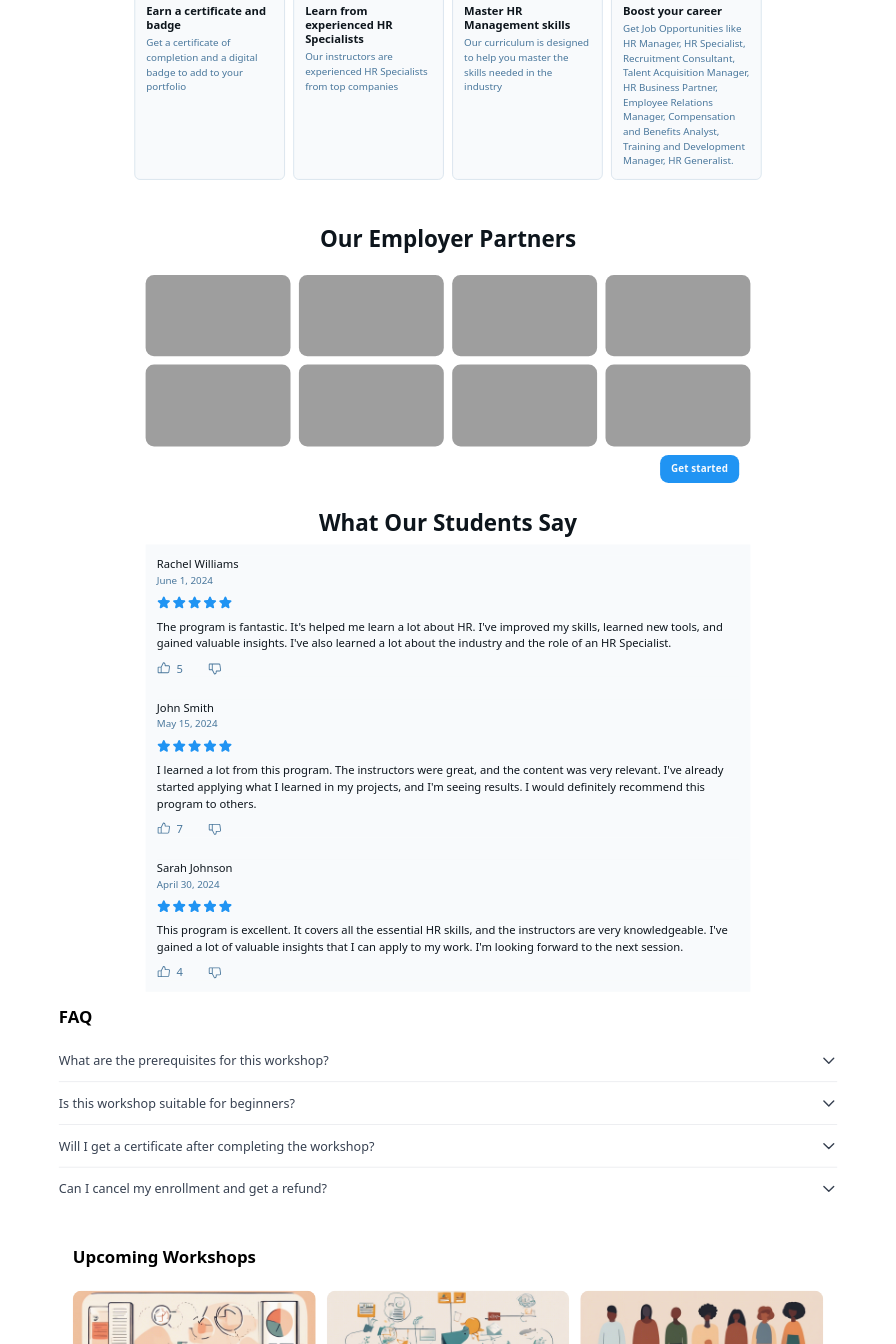
Repository: DhOMNE/HR
Page: /
These files come from the project's save history. The page is drawn as it stood at one moment and after a run of saves; the edit follows.
The browser window is 1280 px wide. The pictures show the part of the page from y = 1327 to 3247 px (the page is 4042 px tall before and 4984 px after), at 70% of full size.
Pictures or frames that could not be fetched are drawn as grey boxes. The project was rebuilt for these pictures with package versions that can differ from the ones it lists, and the page was loaded fresh each time.

Above is the page before, as saved 2024-08-26 11:07:04.

### src/Componenets/Benefitdesigner.jsx
import React from "react";

function Benefitdesigner() {
  return (
    // <div class="flex flex-col gap-10 lg:px-48 py-10 sm: px-10 py-10 ">
    //   <div class="flex flex-col gap-4 ">
    //     <h1 class="text-[#0d151c] tracking-light text-[32px] font-bold leading-tight @[480px]:text-4xl @[480px]:font-black @[480px]:leading-tight @[480px]:tracking-[-0.033em] max-w-[720px]">
    //       Benefits of the Program
    //     </h1>
    //     <p class="text-[#0d151c] text-base font-normal leading-normal max-w-[720px]">
    //       {" "}
    //       Our program is designed to help you grow as a designer. Here are some
    //       of the benefits you'll get from completing the program.
    //     </p>

    //     {/* box */}
    //   </div>

    //   <div class="grid grid-cols-[repeat(auto-fit,minmax(158px,1fr))] gap-3 p-0">
    //     <div class="flex flex-1 gap-3 rounded-lg border border-[#cedde8] bg-slate-50 p-4 flex-col">
    //       <div
    //         class="text-[#0d151c] "
    //         data-icon="Trophy"
    //         data-size="24px"
    //         data-weight="regular"
    //       >
    //         <svg
    //           xmlns="http://www.w3.org/2000/svg"
    //           width="24px"
    //           height="24px"
    //           fill="currentColor"
    //           viewBox="0 0 256 256"
    //         >
    //           <path d="M232,64H208V56a16,16,0,0,0-16-16H64A16,16,0,0,0,48,56v8H24A16,16,0,0,0,8,80V96a40,40,0,0,0,40,40h3.65A80.13,80.13,0,0,0,120,191.61V216H96a8,8,0,0,0,0,16h64a8,8,0,0,0,0-16H136V191.58c31.94-3.23,58.44-25.64,68.08-55.58H208a40,40,0,0,0,40-40V80A16,16,0,0,0,232,64ZM48,120A24,24,0,0,1,24,96V80H48v32q0,4,.39,8Zm144-8.9c0,35.52-28.49,64.64-63.51,64.9H128a64,64,0,0,1-64-64V56H192ZM232,96a24,24,0,0,1-24,24h-.5a81.81,81.81,0,0,0,.5-8.9V80h24Z"></path>
    //         </svg>
    //       </div>
    //       <div class="flex flex-col gap-1">
    //         <h2 class="text-[#0d151c] text-base font-bold leading-tight">
    //           Earn a certificate and badge
    //         </h2>
    //         <p class="text-[#49779c] text-sm font-normal leading-normal">
    //           Get a certificate of completion and a digital badge to add to your
    //           portfolio
    //         </p>
    //       </div>
    //     </div>

    //     <div class="flex flex-1 gap-3 rounded-lg border border-[#cedde8] bg-slate-50 p-4 flex-col">
    //       <div
    //         class="text-[#0d151c] "
    //         data-icon="Trophy"
    //         data-size="24px"
    //         data-weight="regular"
    //       >
    //         <svg
    //           xmlns="http://www.w3.org/2000/svg"
    //           width="24px"
    //           height="24px"
    //           fill="currentColor"
    //           viewBox="0 0 256 256"
    //         >
    //           <path d="M230.92,212c-15.23-26.33-38.7-45.21-66.09-54.16a72,72,0,1,0-73.66,0C63.78,166.78,40.31,185.66,25.08,212a8,8,0,1,0,13.85,8c18.84-32.56,52.14-52,89.07-52s70.23,19.44,89.07,52a8,8,0,1,0,13.85-8ZM72,96a56,56,0,1,1,56,56A56.06,56.06,0,0,1,72,96Z"></path>
    //         </svg>
    //       </div>
    //       <div class="flex flex-col gap-1">
    //         <h2 class="text-[#0d151c] text-base font-bold leading-tight">
    //           Learn from experienced designers
    //         </h2>
    //         <p class="text-[#49779c] text-sm font-normal leading-normal">
    //           Our instructors are experienced designers from top companies.
    //         </p>
    //       </div>
    //     </div>

    //     <div class="flex flex-1 gap-3 rounded-lg border border-[#cedde8] bg-slate-50 p-4 flex-col">
    //       <div
    //         class="text-[#0d151c] "
    //         data-icon="Trophy"
    //         data-size="24px"
    //         data-weight="regular"
    //       >
    //         <svg
    //           xmlns="http://www.w3.org/2000/svg"
    //           width="24px"
    //           height="24px"
    //           fill="currentColor"
    //           viewBox="0 0 256 256"
    //         >
    //           <path d="M215.79,118.17a8,8,0,0,0-5-5.66L153.18,90.9l14.66-73.33a8,8,0,0,0-13.69-7l-112,120a8,8,0,0,0,3,13l57.63,21.61L88.16,238.43a8,8,0,0,0,13.69,7l112-120A8,8,0,0,0,215.79,118.17ZM109.37,214l10.47-52.38a8,8,0,0,0-5-9.06L62,132.71l84.62-90.66L136.16,94.43a8,8,0,0,0,5,9.06l52.8,19.8Z"></path>
    //         </svg>
    //       </div>
    //       <div class="flex flex-col gap-1">
    //         <h2 class="text-[#0d151c] text-base font-bold leading-tight">
    //           Master UI/UX skills
    //         </h2>
    //         <p class="text-[#49779c] text-sm font-normal leading-normal">
    //           Our curriculum is designed to help you master the skills needed in
    //           the industry
    //         </p>
    //       </div>
    //     </div>

    //     <div class="flex flex-1 gap-3 rounded-lg border border-[#cedde8] bg-slate-50 p-4 flex-col">
    //       <div
    //         class="text-[#0d151c] "
    //         data-icon="Trophy"
    //         data-size="24px"
    //         data-weight="regular"
    //       >
    //         <svg
    //           xmlns="http://www.w3.org/2000/svg"
    //           width="24px"
    //           height="24px"
    //           fill="currentColor"
    //           viewBox="0 0 256 256"
    //         >
    //           <path d="M216,56H176V48a24,24,0,0,0-24-24H104A24,24,0,0,0,80,48v8H40A16,16,0,0,0,24,72V200a16,16,0,0,0,16,16H216a16,16,0,0,0,16-16V72A16,16,0,0,0,216,56ZM96,48a8,8,0,0,1,8-8h48a8,8,0,0,1,8,8v8H96ZM216,72v41.61A184,184,0,0,1,128,136a184.07,184.07,0,0,1-88-22.38V72Zm0,128H40V131.64A200.19,200.19,0,0,0,128,152a200.25,200.25,0,0,0,88-20.37V200ZM104,112a8,8,0,0,1,8-8h32a8,8,0,0,1,0,16H112A8,8,0,0,1,104,112Z"></path>
    //         </svg>
    //       </div>
    //       <div class="flex flex-col gap-1">
    //         <h2 class="text-[#0d151c] text-base font-bold leading-tight">
    //           Boost your career
    //         </h2>
    //         <p class="text-[#49779c] text-sm font-normal leading-normal">
    //           Get Job Opportunities like UI/UX Designer, User Experience
    //           Researcher, User Interface Designer, Interaction Designer, Product
    //           Designer, UX Analyst, UX/UI Developer, Visual Designer, UX
    //           Strategist, Design Consultant.
    //         </p>
    //       </div>
    //     </div>
    //   </div>
    //   <div className="gap-0">
    //     <h2 class="text-[#0d151c] text-[22px] font-bold leading-tight tracking-[-0.015em] px-4 pb-3 pt-5">
    //       Certificate Criteria
    //     </h2>
    //     <p class="text-[#0d151c] text-base font-normal leading-normal pb-3 pt-1 px-4">
    //       To earn the certificate, you must complete all the course requirements
    //       and the capstone project. The certificate will be issued by our
    //       institution and can be shared on your LinkedIn profile or resume.
    //     </p>
    //     <h2 class="text-[#0d151c] text-[22px] font-bold leading-tight tracking-[-0.015em] px-4 pb-3 pt-5">
    //       Cancellation Policy
    //     </h2>
    //     <p class="text-[#0d151c] text-base font-normal leading-normal pb-3 pt-1 px-4">
    //       You can cancel your enrollment up to 7 days before the start of the
    //       program and get a full refund. After that, the refund will be prorated
    //       based on the completed portion of the program.
    //     </p>
    //   </div>
    // </div>
    <div className="flex flex-col gap-10 px-4 py-10 @container flex flex-col gap-10 lg:px-48 py-10 sm: px-10 py-10">
              <div className="flex flex-col gap-4">
                <h1
                  className="text-[#0d151c] tracking-light text-[32px] font-bold leading-tight @[480px]:text-4xl @[480px]:font-black @[480px]:leading-tight @[480px]:tracking-[-0.033em] max-w-[720px]"
                >
                  Benefits of the Program
                </h1>
                <p className="text-[#0d151c] text-base font-normal leading-normal max-w-[720px]">
                  Our HR program is designed to help you grow as an HR Specialist. Here are some of the benefits you'll get from completing the program.
                </p>
              </div>
              <div className="grid grid-cols-[repeat(auto-fit,minmax(158px,1fr))] gap-3 p-0">
                <div className="flex flex-1 gap-3 rounded-lg border border-[#cedde8] bg-slate-50 p-4 flex-col cursor-pointer  hover:shadow-lg hover:shadow-gray-600">
                  <div className="text-[#0d151c]" data-icon="Trophy" data-size="24px" data-weight="regular">
                    <svg xmlns="http://www.w3.org/2000/svg" width="24px" height="24px" fill="currentColor" viewBox="0 0 256 256">
                      <path
                        d="M232,64H208V56a16,16,0,0,0-16-16H64A16,16,0,0,0,48,56v8H24A16,16,0,0,0,8,80V96a40,40,0,0,0,40,40h3.65A80.13,80.13,0,0,0,120,191.61V216H96a8,8,0,0,0,0,16h64a8,8,0,0,0,0-16H136V191.58c31.94-3.23,58.44-25.64,68.08-55.58H208a40,40,0,0,0,40-40V80A16,16,0,0,0,232,64ZM48,120A24,24,0,0,1,24,96V80H48v32q0,4,.39,8Zm144-8.9c0,35.52-28.49,64.64-63.51,64.9H128a64,64,0,0,1-64-64V56H192ZM232,96a24,24,0,0,1-24,24h-.5a81.81,81.81,0,0,0,.5-8.9V80h24Z"
                      ></path>
                    </svg>
                  </div>
                  <div className="flex flex-col gap-1">
                    <h2 className="text-[#0d151c] text-base font-bold leading-tight">Earn a certificate and badge</h2>
                    <p className="text-[#49779c] text-sm font-normal leading-normal">Get a certificate of completion and a digital badge to add to your portfolio</p>
                  </div>
                </div>
                <div className="flex flex-1 gap-3 rounded-lg border border-[#cedde8] bg-slate-50 p-4 flex-col cursor-pointer hover:shadow-lg hover:shadow-gray-600">
                  <div className="text-[#0d151c]" data-icon="User" data-size="24px" data-weight="regular">
                    <svg xmlns="http://www.w3.org/2000/svg" width="24px" height="24px" fill="currentColor" viewBox="0 0 256 256">
                      <path
                        d="M230.92,212c-15.23-26.33-38.7-45.21-66.09-54.16a72,72,0,1,0-73.66,0C63.78,166.78,40.31,185.66,25.08,212a8,8,0,1,0,13.85,8c18.84-32.56,52.14-52,89.07-52s70.23,19.44,89.07,52a8,8,0,1,0,13.85-8ZM72,96a56,56,0,1,1,56,56A56.06,56.06,0,0,1,72,96Z"
                      ></path>
                    </svg>
                  </div>
                  <div className="flex flex-col gap-1">
                    <h2 className="text-[#0d151c] text-base font-bold leading-tight">Learn from experienced HR Specialists</h2>
                    <p className="text-[#49779c] text-sm font-normal leading-normal">Our instructors are experienced HR Specialists from top companies</p>
                  </div>
                </div>
                <div className="flex flex-1 gap-3 rounded-lg border border-[#cedde8] bg-slate-50 p-4 flex-col cursor-pointer hover:shadow-lg hover:shadow-gray-600">
                  <div className="text-[#0d151c]" data-icon="Lightning" data-size="24px" data-weight="regular">
                    <svg xmlns="http://www.w3.org/2000/svg" width="24px" height="24px" fill="currentColor" viewBox="0 0 256 256">
                      <path
                        d="M215.79,118.17a8,8,0,0,0-5-5.66L153.18,90.9l14.66-73.33a8,8,0,0,0-13.69-7l-112,120a8,8,0,0,0,3,13l57.63,21.61L88.16,238.43a8,8,0,0,0,13.69,7l112-120A8,8,0,0,0,215.79,118.17ZM109.37,214l10.47-52.38a8,8,0,0,0-5-9.06L62,132.71l84.62-90.66L136.16,94.43a8,8,0,0,0,5,9.06l52.8,19.8Z"
                      ></path>
                    </svg>
                  </div>
                  <div className="flex flex-col gap-1">
                    <h2 className="text-[#0d151c] text-base font-bold leading-tight">Master HR Management skills</h2>
                    <p className="text-[#49779c] text-sm font-normal leading-normal">Our curriculum is designed to help you master the skills needed in the industry</p>
                  </div>
                </div>
                <div className="flex flex-1 gap-3 rounded-lg border border-[#cedde8] bg-slate-50 p-4 flex-col cursor-pointer hover:shadow-lg hover:shadow-gray-600">
                  <div className="text-[#0d151c]" data-icon="Briefcase" data-size="24px" data-weight="regular">
                    <svg xmlns="http://www.w3.org/2000/svg" width="24px" height="24px" fill="currentColor" viewBox="0 0 256 256">
                      <path
                        d="M216,56H176V48a24,24,0,0,0-24-24H104A24,24,0,0,0,80,48v8H40A16,16,0,0,0,24,72V200a16,16,0,0,0,16,16H216a16,16,0,0,0,16-16V72A16,16,0,0,0,216,56ZM96,48a8,8,0,0,1,8-8h48a8,8,0,0,1,8,8v8H96ZM216,72v41.61A184,184,0,0,1,128,136a184.07,184.07,0,0,1-88-22.38V72Zm0,128H40V131.64A200.19,200.19,0,0,0,128,152a200.25,200.25,0,0,0,88-20.37V200ZM104,112a8,8,0,0,1,8-8h32a8,8,0,0,1,0,16H112A8,8,0,0,1,104,112Z"
                      ></path>
                    </svg>
                  </div>
                  <div className="flex flex-col gap-1">
                    <h2 className="text-[#0d151c] text-base font-bold leading-tight">Boost your career</h2>
                    <p className="text-[#49779c] text-sm font-normal leading-normal">Get Job Opportunities like HR Manager, HR Specialist, Recruitment Consultant, Talent Acquisition Manager, HR Business Partner, Employee Relations Manager, Compensation and Benefits Analyst, Training and Development Manager, HR Generalist.</p>
                  </div>
                </div>
              </div>
            </div>

  );
}

export default Benefitdesigner;

### src/Componenets/Footer/Footer.jsx
import React from "react";
import "./Footer.css";

const Footer = () => {
  return (
    <>
      <footer className="footer">
        <div className="newsletter">
          <h2>
            {" "}
            <img src="Images/logo.png" alt="logo" /> Hubnex Educate
          </h2>
          <div className="flex-container1">
            <p className="title1">
              Signup for our{" "}
              <span style={{ fontWeight: "bold" }}>Newsletter</span>
            </p>
            <input
              className="input1"
              type="search"
              placeholder="Enter your email"
            />
            <img className="imag2" src="Images/righticon.png" alt="icon" />
          </div>
        </div>
        <hr />
        <div className="footer-info">
          <div className="company-info">
            <h3>COMPANY</h3>
            <ul>
              <li>
                <a href="#about">About Us</a>
              </li>
              <li>
                <a href="#privacy">Privacy policy</a>
              </li>
              <li>
                <a href="#blog">Blog</a>
              </li>
              <li>
                <a href="#careers">Careers</a>
              </li>
            </ul>
          </div>
          <div className="support">
            <h3>Support</h3>
            <ul>
              <li>
                <a href="#contact">Contact Us</a>
              </li>
              <li>
                <a href="#community">Community</a>
              </li>
            </ul>
          </div>
          <div className="socials">
            <h3>Socials</h3>
            <li>
              <a
                href="https://www.facebook.com"
                target="_blank"
                rel="noopener noreferrer"
              >
                <img src="./facebook.png" alt="facebook" target="blank" />
              </a>
            </li>
            <li>
              <a
                href="https://www.linkedin.com"
                target="_blank"
                rel="noopener noreferrer"
              >
                <img src="./linkdin.png" alt="linkdin" />
              </a>
            </li>
            <li>
              <a
                href="https://x.com/i/flow/login"
                target="_blank"
                rel="noopener noreferrer"
              >
                <img src="./twitter.png" alt="twitter" />
              </a>
            </li>
          </div>
          <div className="fotter-img">
            <img src="./fotter-img.png" alt="fotter-img" />
          </div>
        </div>
      </footer>
      <div className="footer-bottom">
        <img className="imag5" src="Images/copyright.png" alt="copyright" />
        <p className="pt1">2024 Hubnex educate. All rights reserved.</p>

      </div>
    </>
  );
};

export default Footer;

Loaded but not shown: src/index.js (common file); src/index.css (common file); src/reportWebVitals.js (common file); tailwind.config.js (common file); src/App.js (20 lines, source omitted); src/Componenets/Hero.jsx (195 lines, source omitted); src/Componenets/FAQ.jsx (192 lines, source omitted); src/Componenets/EmployerPartners.jsx (121 lines, source omitted); src/Componenets/Footer/Footer.css (406 lines, source omitted)

After the next 2 saves:
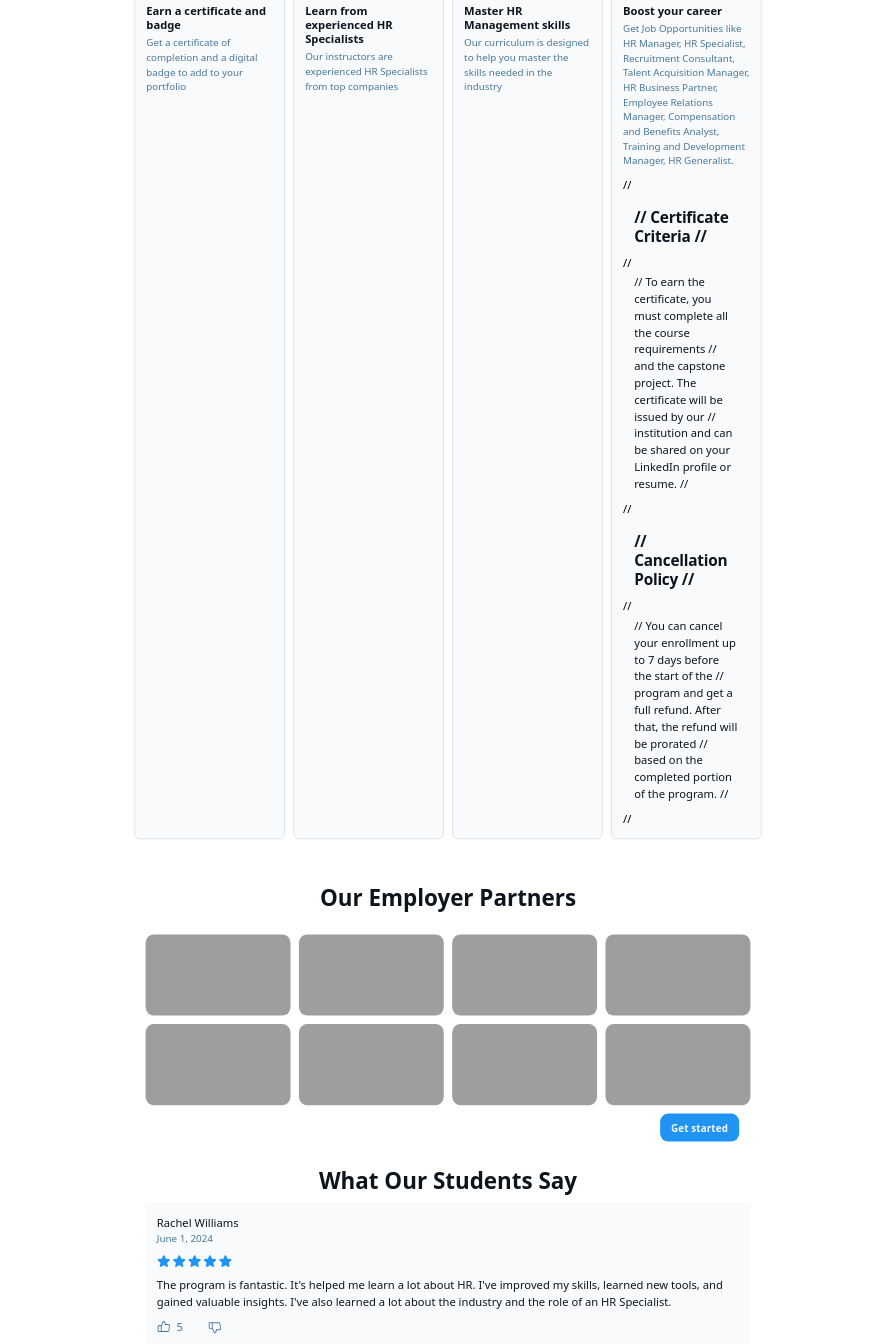
The 2 saves are shown as one change because they came seconds apart.
The last was saved 109 s later.
--- a/src/Componenets/Benefitdesigner.jsx
+++ b/src/Componenets/Benefitdesigner.jsx
@@ -212,6 +212,24 @@ function Benefitdesigner() {
                     <h2 className="text-[#0d151c] text-base font-bold leading-tight">Boost your career</h2>
                     <p className="text-[#49779c] text-sm font-normal leading-normal">Get Job Opportunities like HR Manager, HR Specialist, Recruitment Consultant, Talent Acquisition Manager, HR Business Partner, Employee Relations Manager, Compensation and Benefits Analyst, Training and Development Manager, HR Generalist.</p>
                   </div>
+                  <div className="gap-0">
+    //     <h2 class="text-[#0d151c] text-[22px] font-bold leading-tight tracking-[-0.015em] px-4 pb-3 pt-5">
+    //       Certificate Criteria
+    //     </h2>
+    //     <p class="text-[#0d151c] text-base font-normal leading-normal pb-3 pt-1 px-4">
+    //       To earn the certificate, you must complete all the course requirements
+    //       and the capstone project. The certificate will be issued by our
+    //       institution and can be shared on your LinkedIn profile or resume.
+    //     </p>
+    //     <h2 class="text-[#0d151c] text-[22px] font-bold leading-tight tracking-[-0.015em] px-4 pb-3 pt-5">
+    //       Cancellation Policy
+    //     </h2>
+    //     <p class="text-[#0d151c] text-base font-normal leading-normal pb-3 pt-1 px-4">
+    //       You can cancel your enrollment up to 7 days before the start of the
+    //       program and get a full refund. After that, the refund will be prorated
+    //       based on the completed portion of the program.
+    //     </p>
+    //   </div>
                 </div>
               </div>
             </div>
